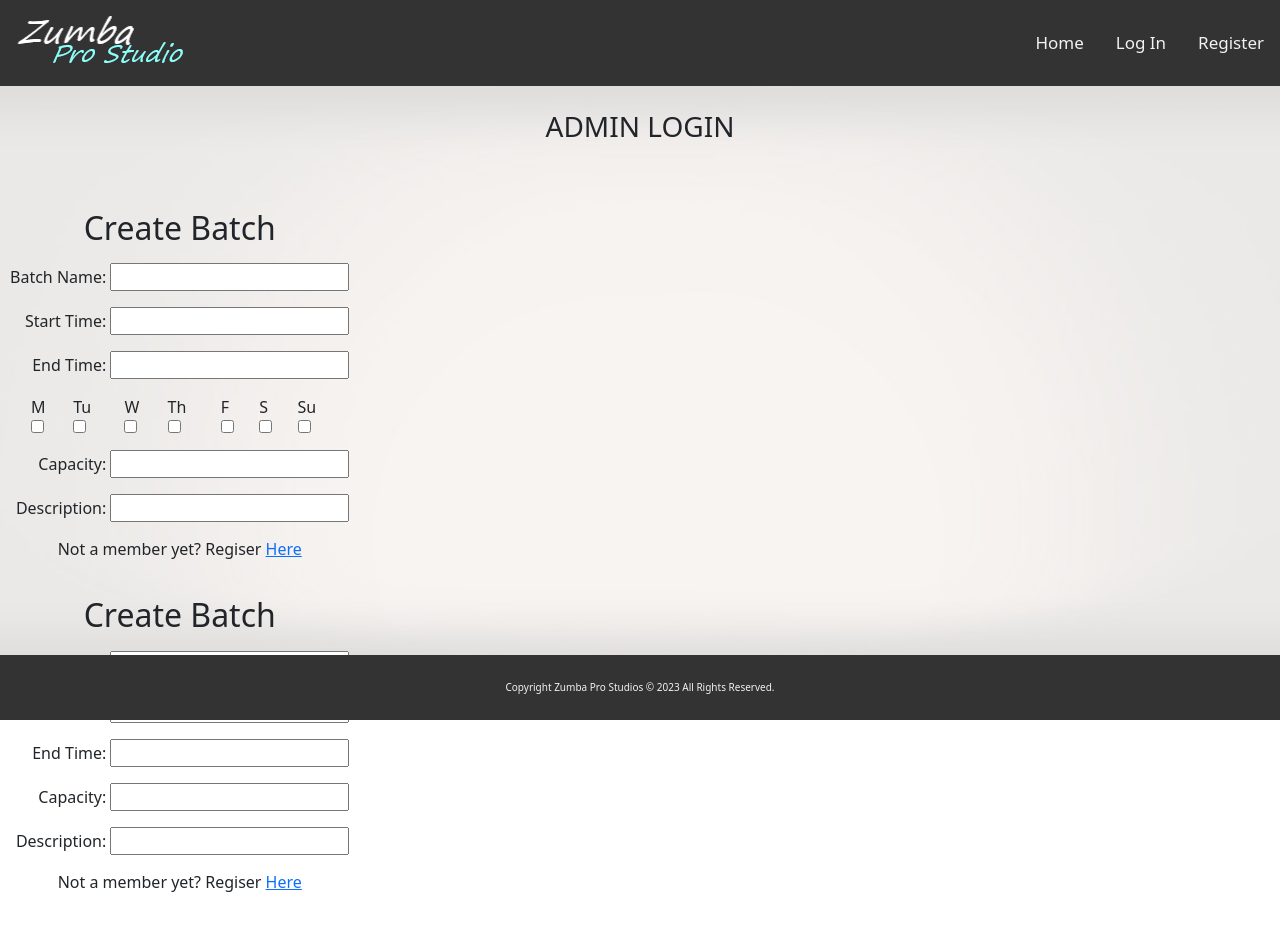
Repository: basemsamuel/Zumba
Page: http://localhost/ZumbaProStudio/adminusers.jsp
The author's editor kept a copy of each file at every save. The page is drawn from the files as they stood at one save, then again after the next save.
The browser window is 1280 px wide. The pictures show the whole page.
The page is served by Tomcat 10. Other server files are loaded and not shown.

Above is the page before, as saved 2023-07-30 21:39:15.

### ZumbaProStudio/src/main/webapp/adminusers.jsp
<jsp:include page="header.jsp"></jsp:include>
<div class="mycontainer">
	<div align="center">
	<br>
	<h3>ADMIN LOGIN</h3>
	<br>
	<br>
	</div>
	<div class="col-xs-6">
		<table class="formtable2">
			<tr>
				<td style="padding: 10px;">
					<div class='center'>
						<form style="width: 100%;" action="Login" method = "POST">
						    <h2>Create Batch</h2>
						    <div>
						        <p>
							        <div class='right'>
							            <label for="name">Batch Name:</label>
							            <input type="text" id="name" name="name">
							        </div>
						        </p>
						    </div>

						    <div>
						        <p>
							        <div class='right'>
							            <label for="stime">Start Time:</label>
							            <input type="text" id="stime" name="stime">
							        </div>
						        </p>
						    </div>


						    <div>
						        <p>
							        <div class='right'>
							            <label for="etime">End Time:</label>
							            <input type="text" id="etime" name="etime">
							        </div>
						        </p>
						    </div>

						    <div>
						        <p>
							        <div style="padding-left:20px;">
							        	<Table width="100%">
							        		<tr>
							        			<td>M</td>
							        			<td>Tu</td>
							        			<td>W</td>
							        			<td>Th</td>
							        			<td>F</td>
							        			<td>S</td>
							        			<td>Su</td>
							        		</tr>
							        		<tr>
							        			<td>
										            <input type="checkbox" id="M" name="M" value="M">
							        			</td>
							        			<td>
										            <input type="checkbox" id="Tu" name="Tt" value="Tu">
							        			</td>
							        			<td>
										            <input type="checkbox" id="W" name="W" value="W">
							        			</td>
							        			<td>
										            <input type="checkbox" id="Th" name="Th" value="Th">
							        			</td>
							        			<td>
										            <input type="checkbox" id="F" name="F" value="F">
							        			</td>
							        			<td>
										            <input type="checkbox" id="S" name="S" value="S">
							        			</td>
							        			<td>
										            <input type="checkbox" id="Su" name="Su" value="Su">
							        			</td>
							        		</tr>
							        	</Table>

							        </div>
						        </p>
						    </div>

						    <div>
						        <p>
							        <div class='right'>
							            <label for="capacity">Capacity:</label>
							            <input type="number" id="capacity" name="capacity">
							        </div>
						        </p>
						    </div>

						    <div>
						        <p>
							        <div class='right'>
							            <label for="description">Description:</label>
							            <input type="number" id="description" name="description">
							        </div>
						        </p>
						    </div>


						    <div>
						    	<p>
						    		Not a member yet? Regiser <a href="register.jsp">Here</a>
						    	</p>
						    </div>
						</form>
					</div>

				</td>
			</tr>
		</table>
	</div>
	<div class="col-5">
		<table class="formtable2">
			<tr>
				<td style="padding: 10px;">
					<div class='center'>
						<form style="width: 100%;" action="Login" method = "POST">
						    <h2>Create Batch</h2>
						    <div>
						        <p>
							        <div class='right'>
							            <label for="name">Batch Name:</label>
							            <input type="text" id="name" name="name">
							        </div>
						        </p>
						    </div>

						    <div>
						        <p>
							        <div class='right'>
							            <label for="stime">Start Time:</label>
							            <input type="text" id="stime" name="stime">
							        </div>
						        </p>
						    </div>


						    <div>
						        <p>
							        <div class='right'>
							            <label for="etime">End Time:</label>
							            <input type="text" id="etime" name="etime">
							        </div>
						        </p>
						    </div>

						    <div>
						        <p>
							        <div class='right'>
							            <label for="capacity">Capacity:</label>
							            <input type="number" id="capacity" name="capacity">
							        </div>
						        </p>
						    </div>

						    <div>
						        <p>
							        <div class='right'>
							            <label for="description">Description:</label>
							            <input type="number" id="description" name="description">
							        </div>
						        </p>
						    </div>


						    <div>
						    	<p>
						    		Not a member yet? Regiser <a href="register.jsp">Here</a>
						    	</p>
						    </div>
						</form>
					</div>

				</td>
			</tr>
		</table>
		<br>
		<div class="emsg">
			<p>
				${errorMessage}
			</p>
		</div>
	</div>
</div>

<jsp:include page="footer.jsp"></jsp:include>

### ZumbaProStudio/src/main/webapp/header.jsp
<html lang="en">

<head>
    <meta charset="UTF-8">
    <meta http-equiv="X-UA-Compatible" content="IE=edge">
    <meta name="viewport" content="width=device-width, initial-scale=1.0">
    <title>Document</title>
    <link href="https://cdn.jsdelivr.net/npm/bootstrap@5.1.3/dist/css/bootstrap.min.css" rel="stylesheet" integrity="sha384-1BmE4kWBq78iYhFldvKuhfTAU6auU8tT94WrHftjDbrCEXSU1oBoqyl2QvZ6jIW3" crossorigin="anonymous">
    <link rel="stylesheet" type="text/css" href="css/styles.css" />
</head>

<body>
	 <div class="topnav">
		<img src="images/logo.png" alt="Zumba Pro Studio">
		<!-- <a class="active" href="#home">Home</a> -->
		<a href="register.jsp">Register</a>
		<a href="login.jsp">Log In</a>
		<a href="index.jsp">Home</a>
	</div>

### ZumbaProStudio/src/main/webapp/footer.jsp
<footer>
	Copyright Zumba Pro Studios © 2023 All Rights Reserved.
</footer>
</body>
</html>

### ZumbaProStudio/src/main/webapp/css/styles.css
		.topnav {
			 background-color: #333;
			 overflow: hidden;
				}

		/* Style the links inside the navigation bar */
		.topnav a {
			 float: right;
			 color: #f2f2f2;
			 text-align: center;
			 padding: 30px 16px;
			 text-decoration: none;
			 font-size: 17px;
		}

		.topnav img {
			 float: left;
			 color: #f2f2f2;
			 text-align: center;
			 padding: 14px 16px;
			 text-decoration: none;
			 font-size: 17px;
			 height: 80px;
		}

		/* Change the color of links on hover */
		.topnav a:hover {
			 background-color: #ddd;
			 color: black;
		}

		/* Add a color to the active/current link */
		.topnav a.active {
			 background-color: #04AA6D;
			 color: white;
		}

		footer {
		    background-color: #333;
		    color: #f2f2f2;
		    grid-area: footer;
		    width: 100%;
		    position: absolute;
  			bottom: 0;
  			padding: 25px;
  			text-align: center;
  			font-size: 10px;
		}

		.centerimage {
			height: 100%;
			width: auto;
			display: block;
			margin-left: auto;
			margin-right: auto;

		}

		.center {
			text-align: center;
		}
		.right {
			text-align: right;
		}

		.formtable {
			border-collapse: collapse;
			border-radius: 16px;
			box-shadow: 0 0 0 2px rgb(0, 140, 255);
		}

		.mycontainer {
			height: calc(100% - 150px);
			width: 100%;
			background-image: url('../images/bg.jpg');
			background-color: #333; /* Used if the image is unavailable */
			background-position: center; /* Center the image */
			background-repeat: no-repeat; /* Do not repeat the image */
			background-size: cover; /* Resize the background image to cover the entire container */
		}

		.emsg {
			font-size: 13px;
			color: #FF0000;
		}

After the next save:
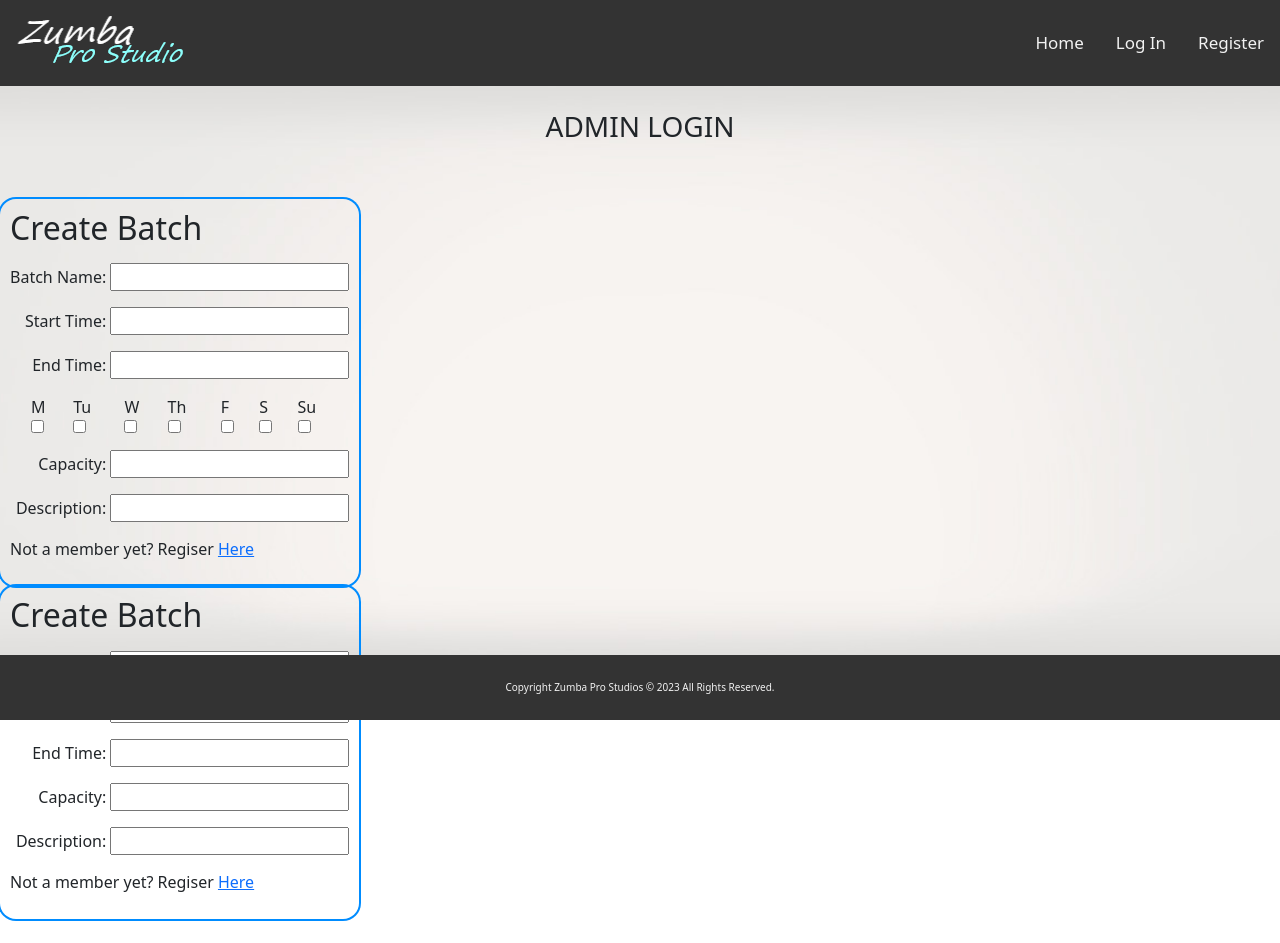
Saved 21 s later.
--- a/ZumbaProStudio/src/main/webapp/adminusers.jsp
+++ b/ZumbaProStudio/src/main/webapp/adminusers.jsp
@@ -7,10 +7,10 @@
 	<br>
 	</div>
 	<div class="col-xs-6">
-		<table class="formtable2">
+		<table class="formtable">
 			<tr>
 				<td style="padding: 10px;">
-					<div class='center'>
+					<div class='center2'>
 						<form style="width: 100%;" action="Login" method = "POST">
 						    <h2>Create Batch</h2>
 						    <div>
@@ -115,10 +115,10 @@
 		</table>
 	</div>
 	<div class="col-5">
-		<table class="formtable2">
+		<table class="formtable">
 			<tr>
 				<td style="padding: 10px;">
-					<div class='center'>
+					<div class='center2'>
 						<form style="width: 100%;" action="Login" method = "POST">
 						    <h2>Create Batch</h2>
 						    <div>
